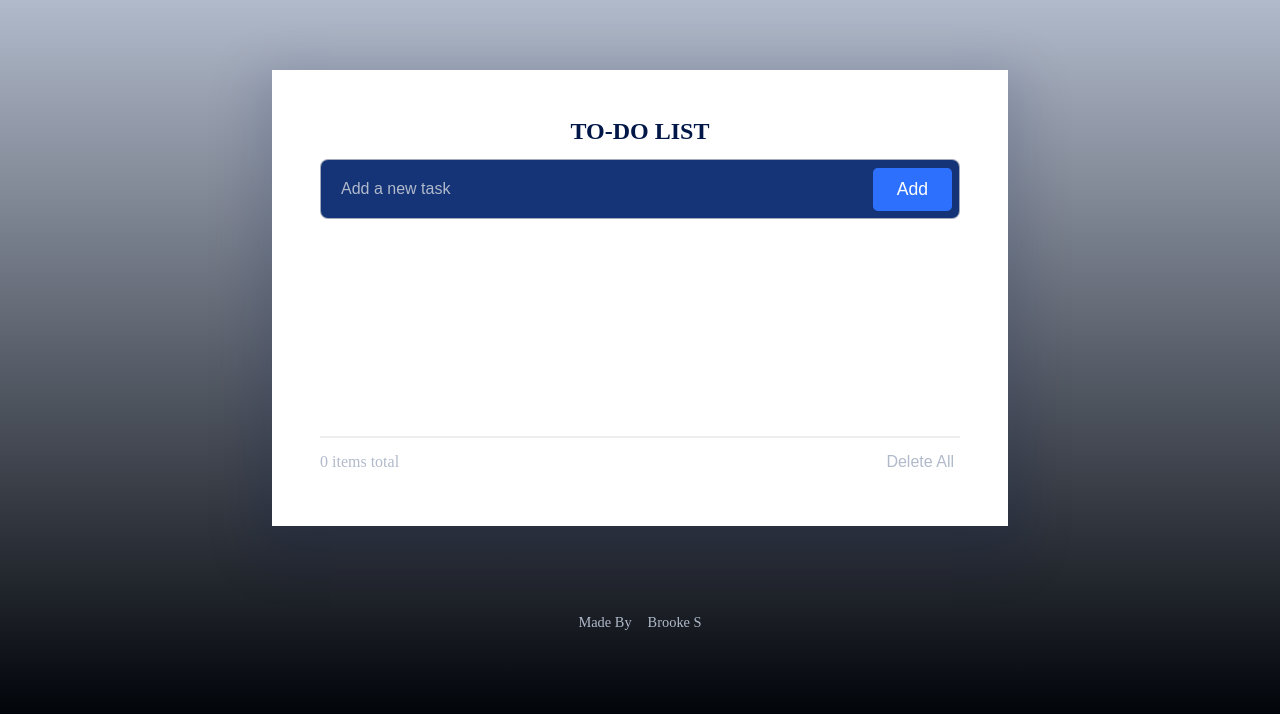
Repository: Bsharpenski/mini-movi-list
Page: workshop/fund3/index.html
An editor plug-in stored every save of this project. The page is shown before and after the next save, followed by the edit.
The browser window is 1280 px wide. The pictures show the whole page.

Above is the page before, as saved 2025-02-04 23:13:51.

After the next save:
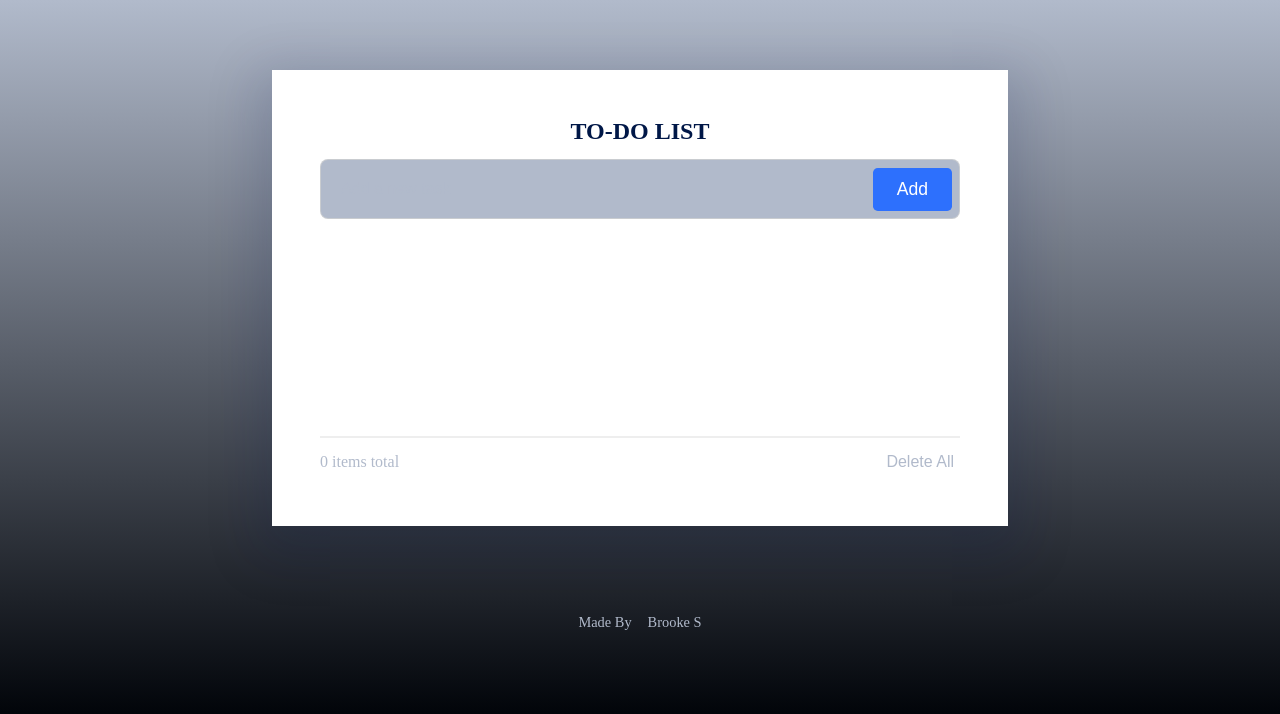
Saved 101 s later.
--- a/workshop/fund3/style.css
+++ b/workshop/fund3/style.css
@@ -79,7 +79,7 @@ h2 {
     border-radius:0.5rem ;
     padding: 1.25rem;
     font-size: 1rem;
-    background-color: #153477;
+    background-color: var(--grey);
 }
 
 input[type="text"]::placeholder{
